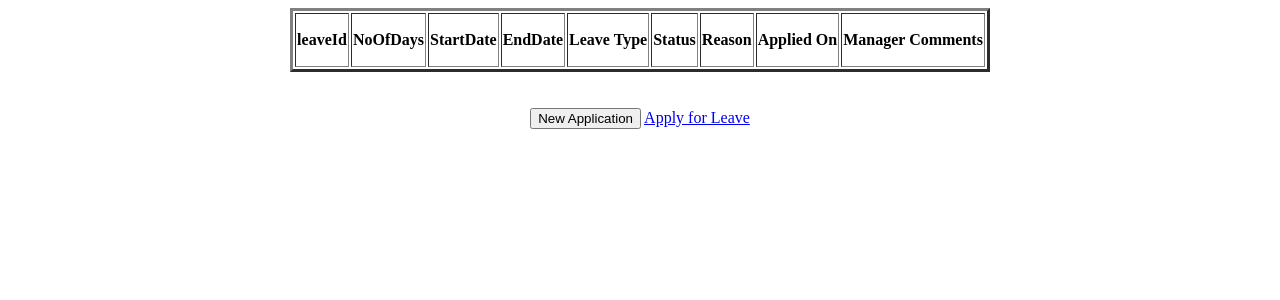
Repository: vinodkumarr269/mode1
Page: day14/EMS/WebContent/MyLeave.html
The author's editor kept a copy of each file at every save. The page is drawn from the files as they stood at one save, then again after the next save.
The browser window is 1280 px wide. The pictures show the whole page.

Above is the page before, as saved 2019-08-28 11:32:56.

After the next save:
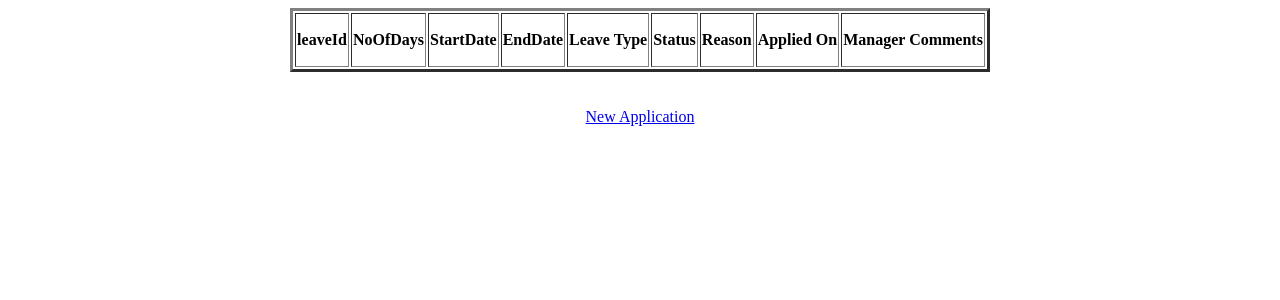
Saved 22 s later.
--- a/day14/EMS/WebContent/MyLeave.html
+++ b/day14/EMS/WebContent/MyLeave.html
@@ -23,8 +23,7 @@
                   <th>Manager Comments</th>
                </tr>
                </table>  <br/><br/>
-                <input type="submit" value="New Application" >
-                  <a href='ApplyLeave.html'>Apply for Leave</a>
+                  <a href='ApplyLeave.html'>New Application</a>
           </center>
           </form>
 
